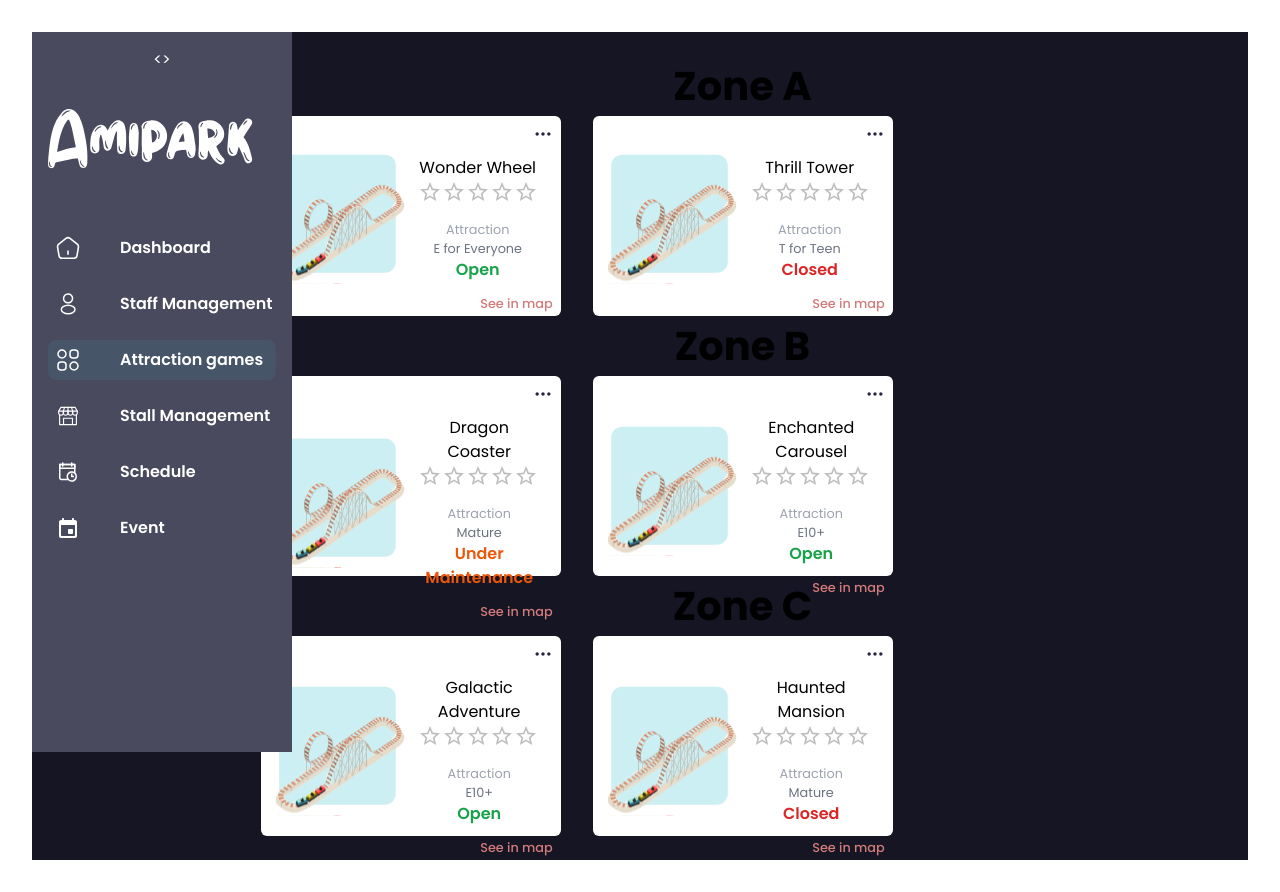
Repository: ImedBousakhria/BDD_AmusementPark_Management-Info
Page: /Attraction (app in client/)
The author's editor kept a copy of each file at every save. The page is drawn from the files as they stood at one save, then again after the next save.
The browser window is 1280 px wide. The pictures show the whole page.
The project was rebuilt for these pictures with package versions that can differ from the ones it lists, and the page was loaded fresh each time. Also part of the build but not shown: client/vite.config.js, client/src/SignIn.jsx, client/src/Signup.jsx, client/src/LandingPage.jsx, client/src/components/Selector.jsx, client/src/Schedule.jsx, client/src/components/charts/AttendanceBars.jsx, client/src/components/charts/AttractionBars.jsx and 9 more.

Above is the page before, as saved 2024-01-10 14:44:37.

After the next save:
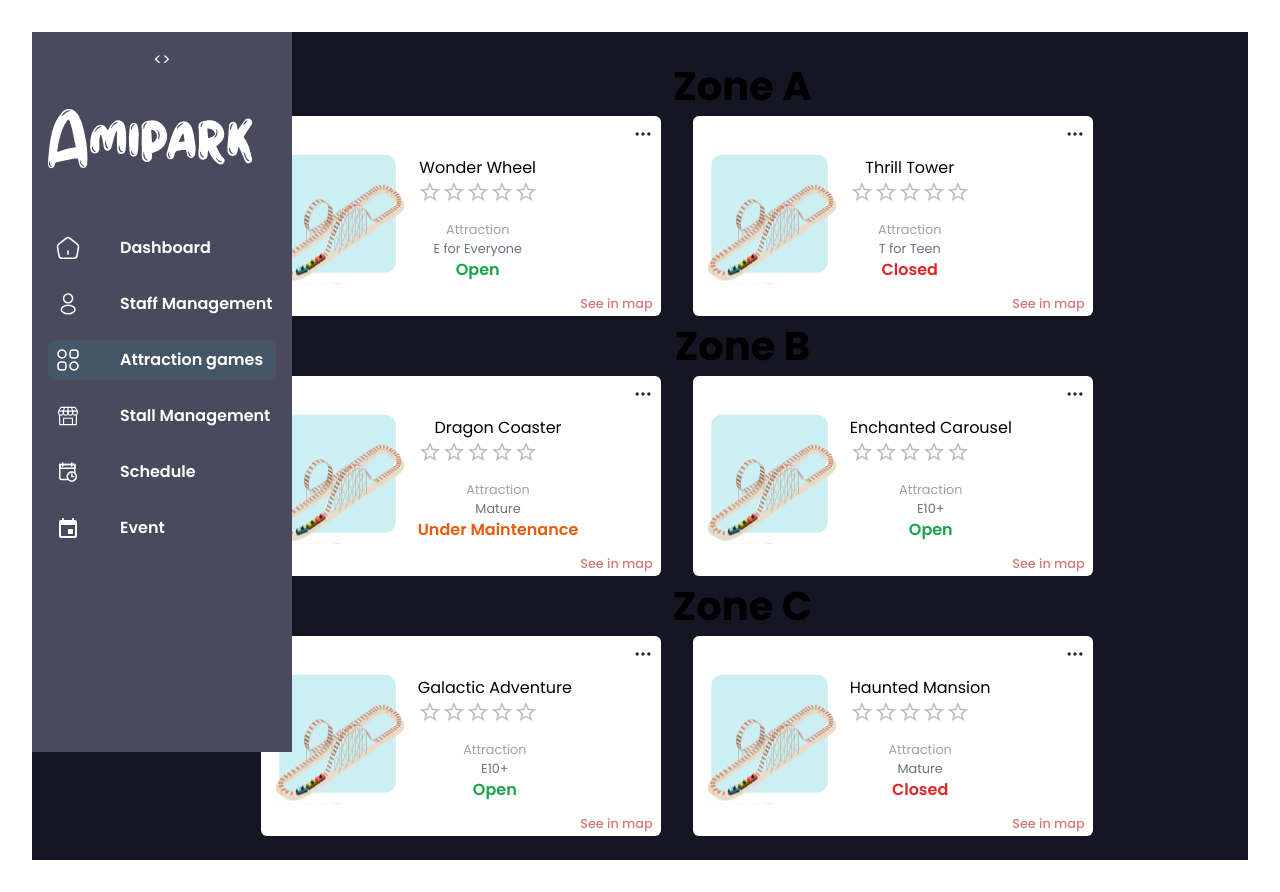
Saved 7 s later.
--- a/client/src/components/GameCard.jsx
+++ b/client/src/components/GameCard.jsx
@@ -5,7 +5,7 @@ import Rating from "@mui/material/Rating";
 
 const GameCard = ({ attraction }) => {
   return (
-    <div className="flex flex-col bg-white h-[200px] w-[300px] rounded-md p-2">
+    <div className="flex flex-col bg-white h-[200px] w-[400px] rounded-md p-2">
       <img
         src={moredots}
         className="w-5 place-self-end cursor-pointer hover:opacity-60"
